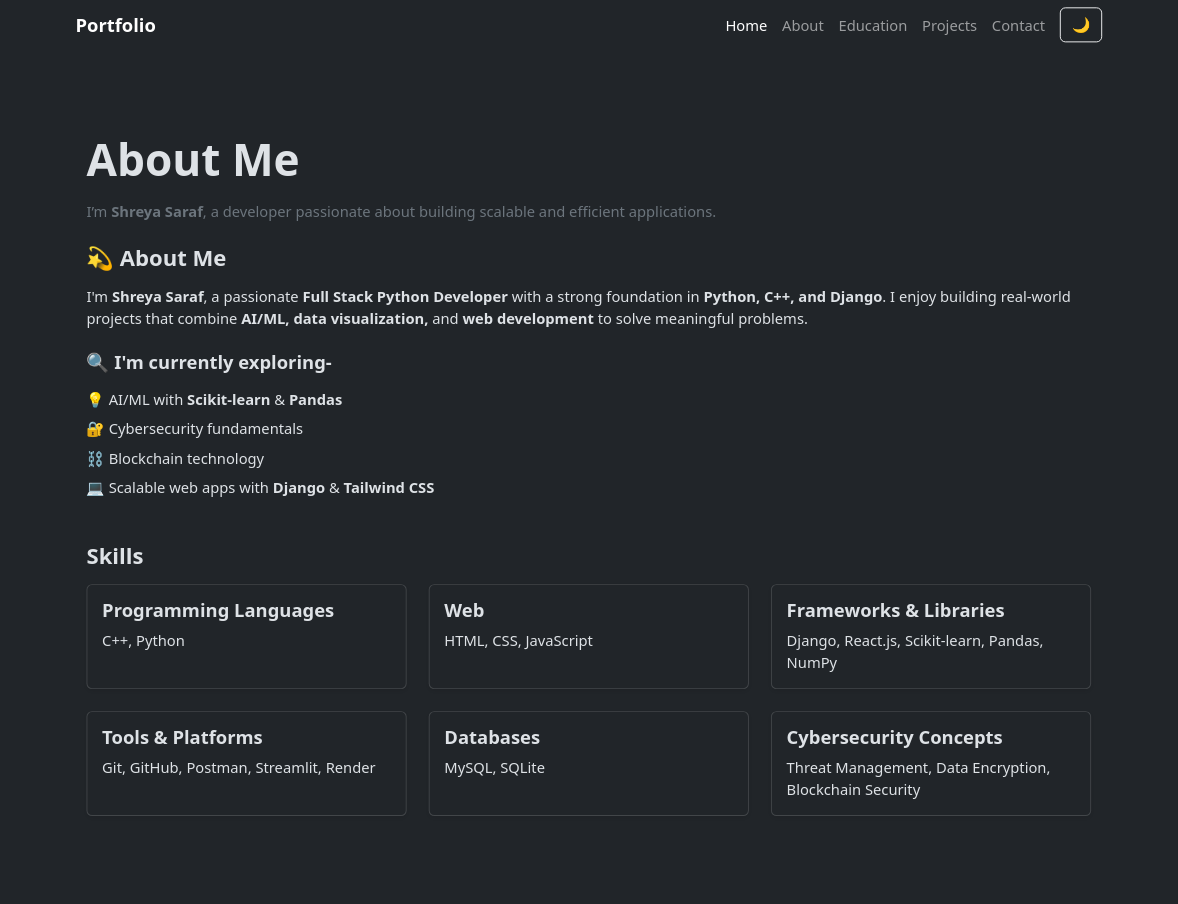
Repository: Shreyasaraf01/shreya-portfolio
Page: http://localhost/about/
The author's editor kept a copy of each file at every save. The page is drawn from the files as they stood at one save, then again after the next save.
The browser window is 1280 px wide. The pictures show the whole page, at 92% of full size.
The page is served by the project's application, run on Django 5.2 (manage.py). Other server files are loaded and not shown.

Above is the page before, as saved 2025-09-13 22:48:02.

### main/templates/main/about.html
{% extends "base.html" %}
{% block content %}
<div class="container py-5">
  <!-- Header -->
  <h2 class="display-5 fw-bold mb-3">About Me</h2>
  <p class="fs-6 text-secondary mb-4">
    I’m <strong>Shreya Saraf</strong>, a developer passionate about building scalable and efficient applications.
  </p>

 <!-- Enhanced About Section -->
<div class="mb-5">
  <h3 class="h4 fw-bold mb-3">💫 About Me</h3>
  <p class="fs-6 text-body">
    I'm <strong>Shreya Saraf</strong>, a passionate <strong>Full Stack Python Developer</strong>
    with a strong foundation in <span class="fw-bold">Python, C++, and Django</span>.
    I enjoy building real-world projects that combine <strong>AI/ML, data visualization,</strong>
    and <strong>web development</strong> to solve meaningful problems.
  </p>

  <h5 class="fw-bold mt-4">🔍 I'm currently exploring-</h5>
  <ul class="list-unstyled mt-3">
    <li class="mb-2">💡 AI/ML with <strong>Scikit-learn</strong> & <strong>Pandas</strong></li>
    <li class="mb-2">🔐 Cybersecurity fundamentals</li>
    <li class="mb-2">⛓️ Blockchain technology</li>
    <li class="mb-2">💻 Scalable web apps with <strong>Django</strong> & <strong>Tailwind CSS</strong></li>
  </ul>
</div>


  <!-- Skills Section -->
  <h3 class="h4 fw-bold mb-3">Skills</h3>
  <div class="row g-4">
    <!-- Programming Languages -->
    <div class="col-md-4">
      <div class="card shadow-sm h-100">
        <div class="card-body">
          <h5 class="card-title fw-bold">Programming Languages</h5>
          <p class="card-text">C++, Python</p>
        </div>
      </div>
    </div>

    <!-- Web -->
    <div class="col-md-4">
      <div class="card shadow-sm h-100">
        <div class="card-body">
          <h5 class="card-title fw-bold">Web</h5>
          <p class="card-text">HTML, CSS, JavaScript</p>
        </div>
      </div>
    </div>

    <!-- Frameworks & Libraries -->
    <div class="col-md-4">
      <div class="card shadow-sm h-100">
        <div class="card-body">
          <h5 class="card-title fw-bold">Frameworks & Libraries</h5>
          <p class="card-text">Django, React.js, Scikit-learn, Pandas, NumPy</p>
        </div>
      </div>
    </div>

    <!-- Tools & Platforms -->
    <div class="col-md-4">
      <div class="card shadow-sm h-100">
        <div class="card-body">
          <h5 class="card-title fw-bold">Tools & Platforms</h5>
          <p class="card-text">Git, GitHub, Postman, Streamlit, Render</p>
        </div>
      </div>
    </div>

    <!-- Databases -->
    <div class="col-md-4">
      <div class="card shadow-sm h-100">
        <div class="card-body">
          <h5 class="card-title fw-bold">Databases</h5>
          <p class="card-text">MySQL, SQLite</p>
        </div>
      </div>
    </div>

    <!-- Cybersecurity Concepts -->
    <div class="col-md-4">
      <div class="card shadow-sm h-100">
        <div class="card-body">
          <h5 class="card-title fw-bold">Cybersecurity Concepts</h5>
          <p class="card-text">Threat Management, Data Encryption, Blockchain Security</p>
        </div>
      </div>
    </div>
  </div>
</div>
{% endblock %}

### main/templates/base.html
<!DOCTYPE html>
<html lang="en" data-bs-theme="dark">
<head>
  <meta charset="UTF-8">
  <title>Portfolio</title>
  {% load static %}
  <link href="https://cdn.jsdelivr.net/npm/bootstrap@5.3.3/dist/css/bootstrap.min.css" rel="stylesheet">
  <script src="{% static 'js/theme.js' %}" defer></script>
</head>
<body>
  <!-- Navbar -->
  <nav class="navbar navbar-expand-lg navbar-dark bg-dark fixed-top">
    <div class="container">
      <a class="navbar-brand fw-bold" href="/">Portfolio</a>
      <button class="navbar-toggler" type="button" data-bs-toggle="collapse" data-bs-target="#navbarNav" aria-controls="navbarNav" aria-expanded="false" aria-label="Toggle navigation">
        <span class="navbar-toggler-icon"></span>
      </button>
      <div class="collapse navbar-collapse" id="navbarNav">
        <ul class="navbar-nav ms-auto">
          <li class="nav-item"><a class="nav-link active" href="/">Home</a></li>
          <li class="nav-item"><a class="nav-link" href="/about/">About</a></li>
          <li class="nav-item"><a class="nav-link" href="/education/">Education</a></li>
          <li class="nav-item"><a class="nav-link" href="/projects/">Projects</a></li>
          <li class="nav-item"><a class="nav-link" href="/contact/">Contact</a></li>
          <li class="nav-item">
            <button class="btn btn-outline-light ms-2" id="theme-toggle">🌙</button>
          </li>
        </ul>
      </div>
    </div>
  </nav>

  <!-- Main Content Container -->
  <div class="container py-5 mt-5">
    {% block content %}{% endblock %}
  </div>

  <script src="https://cdn.jsdelivr.net/npm/bootstrap@5.3.3/dist/js/bootstrap.bundle.min.js"></script>
</body>
</html>

### main/views.py
from django.shortcuts import render, redirect
from django.core.mail import send_mail
from django.conf import settings

def index(request):
    return render(request, "main/index.html")

def about(request):
    return render(request, "main/about.html")

def education(request):
    return render(request, "main/education.html")

def projects(request):
    return render(request, "main/projects.html")

def contact(request):
    if request.method == "POST":
        name = request.POST.get("name")
        email = request.POST.get("email")
        message = request.POST.get("message")

        send_mail(
            subject=f"Portfolio Contact from {name}",
            message=f"From: {email}\n\n{message}",
            from_email=settings.DEFAULT_FROM_EMAIL,
            recipient_list=[settings.CONTACT_EMAIL],
        )
        return redirect("home")

    return render(request, "main/contact.html")

### shreya_portfolio/urls.py
"""
URL configuration for shreya_portfolio project.

The `urlpatterns` list routes URLs to views. For more information please see:
    https://docs.djangoproject.com/en/5.1/topics/http/urls/
Examples:
Function views
    1. Add an import:  from my_app import views
    2. Add a URL to urlpatterns:  path('', views.home, name='home')
Class-based views
    1. Add an import:  from other_app.views import Home
    2. Add a URL to urlpatterns:  path('', Home.as_view(), name='home')
Including another URLconf
    1. Import the include() function: from django.urls import include, path
    2. Add a URL to urlpatterns:  path('blog/', include('blog.urls'))
"""
from django.contrib import admin
from django.urls import path, include

urlpatterns = [
    path('admin/', admin.site.urls),
    path("", include("main.urls")),
]

### main/urls.py
from django.urls import path
from . import views

urlpatterns = [
    path("", views.index, name="home"),
    path("about/", views.about, name="about"),
    path("education/", views.education, name="education"),
    path("projects/", views.projects, name="projects"),
    path("contact/", views.contact, name="contact"),
]

### main/static/js/theme.js
document.addEventListener("DOMContentLoaded", () => {
  const toggle = document.getElementById("theme-toggle");
  if (!toggle) return;

  toggle.addEventListener("click", () => {
    const html = document.documentElement;
    const current = html.getAttribute("data-bs-theme");
    const next = current === "dark" ? "light" : "dark";
    html.setAttribute("data-bs-theme", next);
    localStorage.setItem("theme", next);
    toggle.textContent = next === "dark" ? "🌙" : "☀️";
  });

  // persist user choice
  const saved = localStorage.getItem("theme");
  if (saved) {
    document.documentElement.setAttribute("data-bs-theme", saved);
    toggle.textContent = saved === "dark" ? "🌙" : "☀️";
  }
});

After the next save:
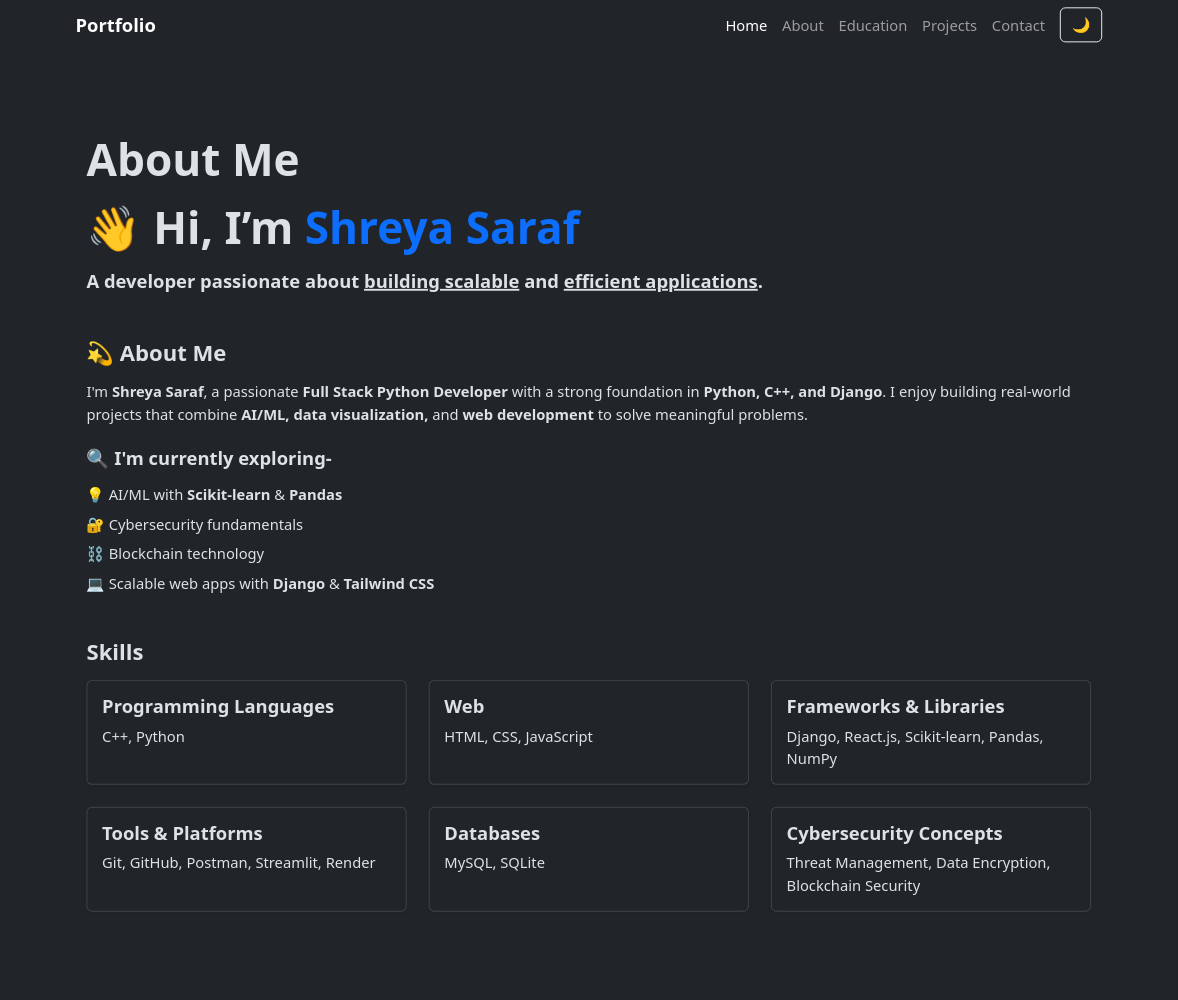
Saved 118 s later.
--- a/main/templates/main/about.html
+++ b/main/templates/main/about.html
@@ -1,11 +1,19 @@
 {% extends "base.html" %}
 {% block content %}
 <div class="container py-5">
-  <!-- Header -->
-  <h2 class="display-5 fw-bold mb-3">About Me</h2>
-  <p class="fs-6 text-secondary mb-4">
-    I’m <strong>Shreya Saraf</strong>, a developer passionate about building scalable and efficient applications.
+<!-- Header -->
+<h2 class="display-5 fw-bold mb-3">About Me</h2>
+
+<div class="text-center text-md-start mb-5">
+  <h2 class="fw-bold display-5">
+    👋 Hi, I’m <span class="text-primary">Shreya Saraf</span>
+  </h2>
+  <p class="lead fw-semibold text-body mt-3" style="font-size: 1.25rem;">
+    A developer passionate about <span class="text-decoration-underline">building scalable</span>
+    and <span class="text-decoration-underline">efficient applications</span>.
   </p>
+</div>
+
 
  <!-- Enhanced About Section -->
 <div class="mb-5">
